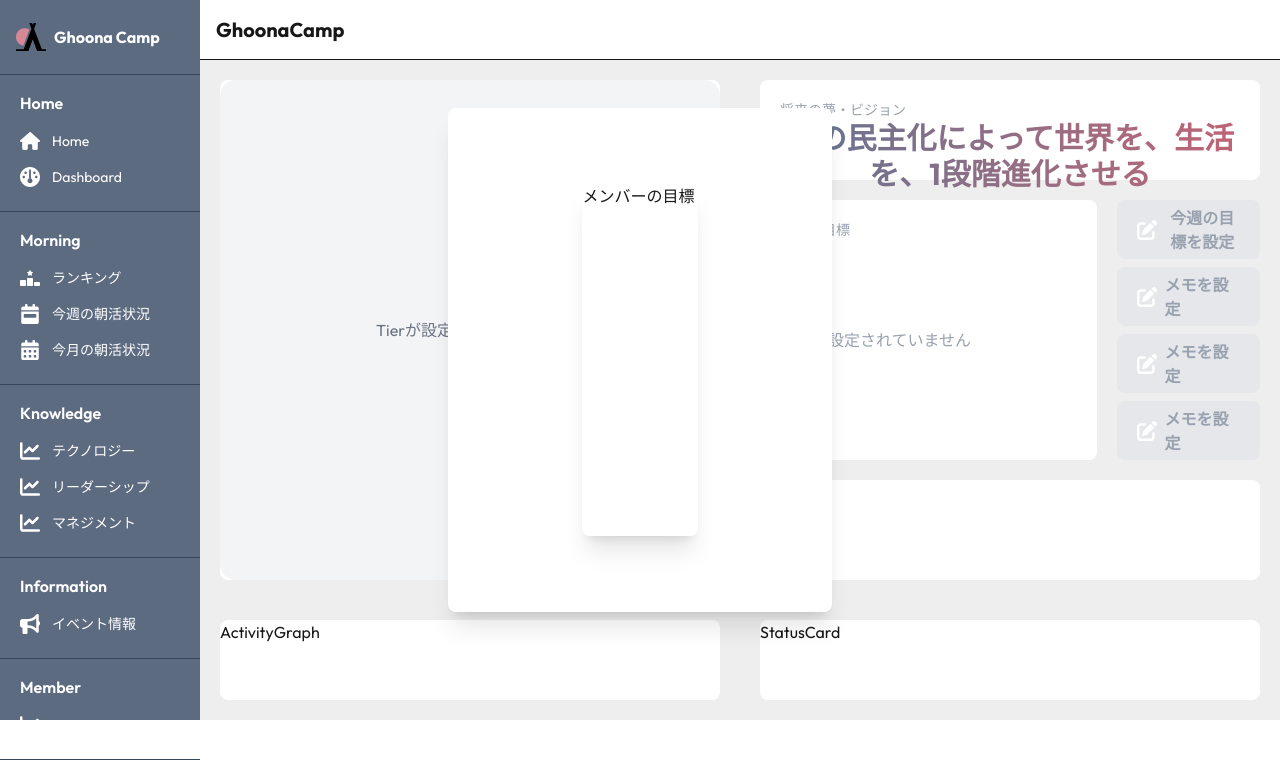
Repository: ShotaGhoona/ghoonacamp_platform
Page: /home/dashboard
An editor plug-in stored every save of this project. The page is shown before and after the next save, followed by the edit.
The browser window is 1280 px wide. The pictures show the whole page.
The page's requests for data from a server got no answer. The project was rebuilt for these pictures with package versions that can differ from the ones it lists, and the page was loaded fresh each time. Some packages were replaced by stand-ins written for this rebuild. The framework's server and built-in components were replaced by stand-ins that run in the browser. No one was signed in, and anything a server would have sent is missing. Also part of the build but not shown: next.config.js.

Above is the page before, as saved 2025-04-26 09:09:18.

### src/app/layout.tsx
import type { Metadata } from 'next';
import { Outfit } from 'next/font/google';
import './globals.css';
import Sidebar from '@/components/display/sidebar';
import Header from '@/components/display/header';
import { ClerkProvider } from '@clerk/nextjs';

const outfit = Outfit({ subsets: ['latin'] });

export const metadata: Metadata = {
  title: 'Ghoona Camp',
  description: 'Ghoona Camp Platform',
};

export default function RootLayout({
  children,
}: {
  children: React.ReactNode;
}) {
  return (
    <ClerkProvider>
      <html lang="ja">
        <body className={outfit.className}>
          <div className="flex">
            <div className="w-[200px] transition-all duration-300">
              <Sidebar />
            </div>
            <div className="flex-1 flex flex-col max-h-screen">
              <Header />
              <main className="bg-[#EEEEEE] flex-1 min-h-[calc(100vh-60px)] p-5">
                {children}
              </main>
            </div>
          </div>
        </body>
      </html>
    </ClerkProvider>
  );
}

### src/app/home/dashboard/page.tsx
import DashboardPage from "@/features/home/dashboard/display/index";

export default function Home() {
  return (
    <DashboardPage />
  );
}

### src/components/display/sidebar.tsx
'use client';

import Link from 'next/link';
import { usePathname } from 'next/navigation';
import clsx from 'clsx';

const groups: { title: string; links: { href: string; label: string; icon: string }[] }[] = [
  {
    title: 'Home',
    links: [
      { href: '/home', label: 'Home', icon: '/svg/sidebarIcon/home.svg' },
      { href: '/home/dashboard', label: 'Dashboard', icon: '/svg/sidebarIcon/dashboard.svg' },
    ],
  },
  {
    title: 'Morning',
    links: [
      { href: '/morning/ranking', label: 'ランキング', icon: '/svg/sidebarIcon/ranking.svg' },
      { href: '/morning/weekend', label: '今週の朝活状況', icon: '/svg/sidebarIcon/week.svg' },
      { href: '/morning/month', label: '今月の朝活状況', icon: '/svg/sidebarIcon/month.svg' },
    ],
  },
  {
    title: 'Knowledge',
    links: [
      { href: '/knowledge/tech', label: 'テクノロジー', icon: '/svg/sidebarIcon/analysis.svg' },
      { href: '/knowledge/leadership', label: 'リーダーシップ', icon: '/svg/sidebarIcon/analysis.svg' },
      { href: '/knowledge/management', label: 'マネジメント', icon: '/svg/sidebarIcon/analysis.svg' },
    ],
  },
  {
    title: 'Information',
    links: [{ href: '/information/events', label: 'イベント情報', icon: '/svg/sidebarIcon/externalEvents.svg' }],
  },
  {
    title: 'Member',
    links: [{ href: '/members', label: 'GhoonaCamper', icon: '/svg/sidebarIcon/analysis.svg' }],
  },
];

export default function Sidebar() {
  const pathname = usePathname();

  return (
    <aside className="w-full h-screen bg-[#5D6B80] text-white">
      <div className="flex items-center gap-2 h-[75px] px-4 border-b border-[#374559]">
        <img src="/svg/logo.svg" alt="Ghoona Camp" className="w-[30px] h-[30px]" />
        <span className="font-bold">Ghoona Camp</span>
      </div>

      <nav>
        {groups.map((g) => (
          <div key={g.title} className="border-b border-[#374559] px-[20px] py-4">
            <p className="text-base font-semibold mb-2">
              {g.title}
            </p>
            {g.links.map((l) => (
              <Link
                key={l.href}
                href={l.href}
                className={clsx(
                  'flex items-center gap-3 py-2 text-sm',
                  pathname === l.href
                    ? 'bg-primary text-white'
                    : 'hover:bg-slate-600'
                )}
              >
                <img src={l.icon} alt={l.label} className="w-[20px] h-[20px]" />
                <span>{l.label}</span>
              </Link>
            ))}
          </div>
        ))}
      </nav>
    </aside>
  );
}

### src/components/display/header.tsx
'use client';

import { UserButton, useUser } from '@clerk/nextjs';

export default function Header() {
  const { user, isLoaded } = useUser();

  return (
    <header className="w-full h-16 border-b flex items-center justify-between px-4">
      <div className="flex items-center gap-4">
        <h1 className="text-xl font-bold">GhoonaCamp</h1>
      </div>
      <div className="flex items-center gap-4">
        {isLoaded && user && (
          <div className="flex items-center gap-2">
            <span className="text-sm">
              {user.firstName} {user.lastName}
            </span>
            <UserButton afterSignOutUrl="/" />
          </div>
        )}
      </div>
    </header>
  );
}

### src/features/home/dashboard/display/index.tsx
'use client';

import { ProfileSection } from './ProfileSection';
import { ActivityGraph } from './ActivityGraph';
import { StatusCard } from './StatusCard';
import { TierCard } from './TierCard';

export default function DashboardPage() {
  return (
    <div className="flex flex-col gap-10 h-full">
      <div className="flex h-[500px] gap-10">
        <div className="w-[500px] h-full bg-white rounded-lg">
          <TierCard />
        </div>
        <div className="flex-1 h-full">
          <ProfileSection />
        </div>
      </div>
      <div className="flex-1 flex gap-10">
        <div className="flex-1 h-full bg-white rounded-lg">
          <ActivityGraph />
        </div>
        <div className="flex-1 h-full bg-white rounded-lg">
          <StatusCard/>
        </div>
      </div>
    </div>
  );
}

### src/features/home/dashboard/display/ProfileSection.tsx
import { useWeeklyGoals } from '../hooks/useWeeklyGoals';
import { usePopUp } from '@/hooks/usePopUp';
import { PopUp } from '@/components/display/PopUp';
import { EditGoalModal } from '../modals/EditGoalModal';

export const ProfileSection = () => {
  const { goals, isLoading, error } = useWeeklyGoals();
  const { isOpen, openPopUp, closePopUp } = usePopUp();

  console.log('Component - レンダリング時の状態:', {
    goalsLength: goals.length,
    isLoading,
    hasError: !!error
  });

  return (
    <>
      <div className="w-full h-full flex flex-col items-center justify-center gap-5">
          <div className="w-full h-[20%] bg-white rounded-lg p-5 flex flex-col">
              <p className="text-sm text-gray-400">将来の夢・ビジョン</p>
              <p className="
              flex-1 text-3xl font-bold text-center flex items-center justify-center
              text-transparent bg-clip-text bg-gradient-to-r from-[#5F7392] to-[#BF6375]
              ">AIの民主化によって世界を、生活を、1段階進化させる</p>
          </div>
          <div className="w-full flex-1 gap-5 flex">
              <div className="w-[70%] h-full bg-white rounded-lg p-5 flex flex-col">
                  <p className="text-sm text-gray-400">今週の目標</p>
                  <div className="flex-1 flex flex-col justify-center gap-2">
                      {isLoading ? (
                          <p className="text-gray-400">読み込み中...</p>
                      ) : error ? (
                          <p className="text-red-500">エラーが発生しました</p>
                      ) : goals.length === 0 ? (
                          <p className="text-gray-400">目標が設定されていません</p>
                      ) : (
                          goals.map((goal) => (
                              <p key={goal.id} className="text-gray-700">{goal.content}</p>
                          ))
                      )}
                  </div>
              </div>
              <div className="w-[30%] h-full gap-2 flex flex-col">
                  <button
                      onClick={() => openPopUp()}
                      className="flex-1 bg-gray-200 rounded-lg w-full flex items-center gap-2 px-5 hover:bg-gray-300 transition-colors"
                  >
                      <img src="/svg/edit.svg" alt="" className="w-5 h-5"/>
                      <p className="text-gray-400 font-bold">今週の目標を設定</p>
                  </button>
                  <div className="flex-1 bg-gray-200 rounded-lg w-full flex items-center gap-2 px-5">
                      <img src="/svg/edit.svg" alt="" className="w-5 h-5"/>
                      <p className="text-gray-400 font-bold">メモを設定</p>
                  </div>
                  <div className="flex-1 bg-gray-200 rounded-lg w-full flex items-center gap-2 px-5">
                      <img src="/svg/edit.svg" alt="" className="w-5 h-5"/>
                      <p className="text-gray-400 font-bold">メモを設定</p>
                  </div>
                  <div className="flex-1 bg-gray-200 rounded-lg w-full flex items-center gap-2 px-5">
                      <img src="/svg/edit.svg" alt="" className="w-5 h-5"/>
                      <p className="text-gray-400 font-bold">メモを設定</p>
                  </div>
              </div>
          </div>
          <div className="w-full h-[20%] bg-white rounded-lg p-5">
              <p className="text-sm text-gray-400">メモ</p>
          </div>
      </div>

      {/* 目標設定ポップアップ */}
      <PopUp isOpen={isOpen} onClose={closePopUp}>
        <EditGoalModal onClose={closePopUp} />
      </PopUp>
    </>
  );
};

### src/features/home/dashboard/display/ActivityGraph.tsx
export const ActivityGraph = () => {
    return <div>ActivityGraph</div>;
  };

### src/features/home/dashboard/display/StatusCard.tsx
export const StatusCard = () => {
    return <div>StatusCard</div>;
  };

### src/features/home/dashboard/display/TierCard.tsx
'use client';

import { useUserTier } from '../hooks/useUserTier';

export const TierCard = () => {
  const { tier, isLoading, error } = useUserTier();

  if (isLoading) {
    return (
      <div className="w-full h-full flex items-center justify-center bg-gray-100 rounded-2xl">
        <div className="text-gray-500">読み込み中...</div>
      </div>
    );
  }

  if (error) {
    return (
      <div className="w-full h-full flex items-center justify-center bg-gray-100 rounded-2xl">
        <div className="text-red-500">エラーが発生しました</div>
      </div>
    );
  }

  if (!tier) {
    return (
      <div className="w-full h-full flex items-center justify-center bg-gray-100 rounded-2xl">
        <div className="text-gray-500">Tierが設定されていません</div>
      </div>
    );
  }

  return (
    <div
      className="w-full h-full flex flex-col items-center justify-center relative rounded-lg overflow-hidden"
      style={{ backgroundColor: tier.badgeColor }}
    >
      <img
        src={`${tier.cardImageUrl}.svg`}
        alt={tier.titleEn}
        className="w-[80%] h-[80%] object-contain"
      />
      <div className="absolute bottom-0 p-6 text-white flex flex-col items-center justify-center mb-10">
        <div className="text-2xl font-bold">{tier.titleJa}</div>
        <div className="text-5xl font-bold">{tier.titleEn}</div>
      </div>
    </div>
  );
};

### src/features/home/dashboard/hooks/useWeeklyGoals.ts
'use client';

import { useEffect, useState } from 'react';
import { useAuth } from '@clerk/nextjs';

type WeeklyGoal = {
  id: number;
  content: string;
  isPublic: boolean;
  isPast: boolean;
  reflection: string | null;
  weekStart: string;
};

export const useWeeklyGoals = () => {
  const { userId } = useAuth();
  const [goals, setGoals] = useState<WeeklyGoal[]>([]);
  const [isLoading, setIsLoading] = useState(true);
  const [error, setError] = useState<Error | null>(null);

  useEffect(() => {
    console.log('Hook - useEffect発火, userId:', userId);

    const fetchWeeklyGoals = async () => {
      if (!userId) {
        console.log('Hook - userIdが存在しないため、処理を中断');
        setIsLoading(false);
        return;
      }

      try {
        console.log('Hook - APIリクエスト開始');
        const response = await fetch('/api/user/weekly-goals');
        console.log('Hook - APIレスポンス:', response.status, response.statusText);

        if (!response.ok) {
          throw new Error('週間目標の取得に失敗しました');
        }
        const data = await response.json();
        console.log('Hook - 取得したデータ:', data);
        setGoals(data);
      } catch (err) {
        console.error('Hook - エラー発生:', err);
        setError(err instanceof Error ? err : new Error('Unknown error'));
      } finally {
        setIsLoading(false);
      }
    };

    fetchWeeklyGoals();
  }, [userId]);

  return { goals, isLoading, error };
};

### src/hooks/usePopUp.ts
import { useState } from 'react';

type UsePopUpReturn = {
  isOpen: boolean;
  selectedData: any | null;
  openPopUp: (data?: any) => void;
  closePopUp: () => void;
};

export const usePopUp = (): UsePopUpReturn => {
  const [isOpen, setIsOpen] = useState(false);
  const [selectedData, setSelectedData] = useState<any | null>(null);

  const openPopUp = (data: any = null) => {
    setSelectedData(data);
    setIsOpen(true);
  };

  const closePopUp = () => {
    setIsOpen(false);
    setSelectedData(null);
  };

  return {
    isOpen,
    selectedData,
    openPopUp,
    closePopUp,
  };
};

### src/components/display/PopUp.tsx
import { ReactNode } from 'react';
import { XMarkIcon } from '@heroicons/react/24/outline';

type PopUpProps = {
  isOpen: boolean;
  onClose: () => void;
  children: ReactNode;
};

export const PopUp = ({ isOpen, onClose, children }: PopUpProps) => {
  return (
    <>
      {/* オーバーレイ */}
      <div
        className={`fixed inset-0 bg-black/30 transition-opacity duration-300 ${
          isOpen ? 'opacity-100' : 'opacity-0 pointer-events-none'
        }`}
        onClick={onClose}
      />
      <div className="flex justify-center items-center fixed top-1/2 left-1/2 transform -translate-x-1/2 -translate-y-1/2
      w-[30%] h-[70%] bg-white rounded-lg shadow-xl transition-all duration-300">

        <div
            className={`fixed
            w-[30%] h-[70%] bg-white rounded-lg shadow-xl transition-all duration-300
            }`}
        >
            <div>
                <p>メンバーの目標</p>
            </div>
        </div>

        {/* ポップアップパネル */}
        <div
            className={`top-1/2 left-1/2 transform -translate-x-1/2 -translate-y-1/2
            w-[50%] h-[70%] bg-white rounded-lg shadow-xl transition-all duration-300 ${
            isOpen ? 'scale-100 opacity-100' : 'scale-95 opacity-0 pointer-events-none'
            }`}
        >
            <div className="flex flex-col h-[100%]">
            {/* ヘッダー */}
            <div className="flex justify-end p-4">
                <button
                onClick={onClose}
                className="text-gray-400 hover:text-gray-600 transition-colors"
                >
                <XMarkIcon className="h-5 w-5" />
                </button>
            </div>

            {/* コンテンツエリア */}
            <div className="flex-1 px-6 pb-6">
                {children}
            </div>
            </div>
        </div>
      </div>
    </>
  );
};

### src/features/home/dashboard/modals/EditGoalModal.tsx
'use client';

import { useState, useEffect } from 'react';
import { useSaveWeeklyGoal, WeeklyGoalInput } from '../hooks/useSaveWeeklyGoal';
import { useWeeklyGoals } from '../hooks/useWeeklyGoals';

type EditGoalModalProps = {
  onClose: () => void;
};

export const EditGoalModal = ({ onClose }: EditGoalModalProps) => {
  const { saveGoals, isLoading: isSaving, error: saveError } = useSaveWeeklyGoal();
  const { goals: currentGoals, isLoading: isLoadingGoals } = useWeeklyGoals();
  const [goals, setGoals] = useState<string[]>(['']);
  const [isPublic, setIsPublic] = useState(true);

  // 既存の目標をフォームに設定
  useEffect(() => {
    if (currentGoals && currentGoals.length > 0) {
      // 現在の目標をフォームに設定
      const contents = currentGoals.map(goal => goal.content);
      setGoals(contents);
      // 公開設定も既存の設定を使用
      setIsPublic(currentGoals[0]?.isPublic ?? true);
    }
  }, [currentGoals]);

  const handleSave = async () => {
    const input: WeeklyGoalInput = {
      goals: goals.filter(goal => goal.trim() !== ''),
      isPublic,
    };

    const success = await saveGoals(input);
    if (success) {
      onClose();
    }
  };

  const addGoal = () => {
    setGoals([...goals, '']);
  };

  const removeGoal = (index: number) => {
    setGoals(goals.filter((_, i) => i !== index));
  };

  const updateGoal = (index: number, value: string) => {
    const newGoals = [...goals];
    newGoals[index] = value;
    setGoals(newGoals);
  };

  if (isLoadingGoals) {
    return (
      <div className="flex items-center justify-center h-[400px]">
        <p className="text-gray-500">読み込み中...</p>
      </div>
    );
  }

  return (
    <div className="flex flex-col justify-between h-[100%]">
      <div className="">
        {/* タイトル */}
        <h2 className="text-2xl font-bold text-gray-800 mb-5">今週の目標を設定</h2>
        <div className="w-full border border-gray-300 rounded-lg p-5 flex flex-col mb-5">
            <p className="text-sm text-gray-400">将来の夢・ビジョン</p>
            <p className="
            flex-1 text-3xl font-bold text-center flex items-center justify-center
            text-transparent bg-clip-text bg-gradient-to-r from-[#5F7392] to-[#BF6375]
            ">AIの民主化によって世界を、生活を、1段階進化させる</p>
        </div>

        {/* エラーメッセージ */}
        {saveError && (
          <div className="mb-4 text-red-500 text-sm">
            {saveError.message}
          </div>
        )}

        {/* フォーム */}
        <div className="space-y-4">
            {goals.map((goal, index) => (
              <div key={index} className="flex gap-2">
                <input
                  type="text"
                  className="flex-1 px-3 py-2 bg-gray-100 rounded-lg focus:outline-none focus:ring-2 focus:ring-gray-300 focus:border-gray-300"
                  placeholder={index === 0 ? "目標を入力（必須）" : "目標を入力（任意）"}
                  value={goal}
                  onChange={(e) => updateGoal(index, e.target.value)}
                />
                {goals.length > 1 && (
                  <button
                    onClick={() => removeGoal(index)}
                    className="px-2 py-2 text-gray-500 hover:text-red-500 transition-colors"
                  >
                    ×
                  </button>
                )}
              </div>
            ))}

            {/* 目標追加ボタン */}
            <button
              onClick={addGoal}
              className="w-full px-3 py-2 text-sm text-gray-500 border border-dashed border-gray-300 rounded-lg hover:bg-gray-50 transition-colors"
            >
              + 目標を追加
            </button>

            {/* 公開設定 */}
            <div className="flex items-center gap-2 mt-4">
              <input
                type="checkbox"
                id="isPublic"
                className="h-4 w-4 text-blue-600 focus:ring-blue-500 border-gray-300 rounded"
                checked={isPublic}
                onChange={(e) => setIsPublic(e.target.checked)}
              />
              <label htmlFor="isPublic" className="text-sm text-gray-700">
                目標を他のメンバーに公開する
              </label>
            </div>
        </div>
      </div>
      <div className="flex justify-between gap-3 pt-4">
        <div className="flex gap-3">
            <button
                onClick={() => openPopUp('left')}
                className="px-4 py-2 text-sm font-medium text-gray-700 bg-white border border-gray-300 rounded-md shadow-sm hover:bg-gray-50 focus:outline-none focus:ring-2 focus:ring-offset-2 focus:ring-blue-500"
            >
                メンバーの目標を覗く
            </button>
        </div>
        <div className="flex gap-3">
            <button
            onClick={onClose}
            disabled={isSaving}
            className="px-4 py-2 text-sm font-medium text-gray-700 bg-white border border-gray-300 rounded-md shadow-sm hover:bg-gray-50 focus:outline-none focus:ring-2 focus:ring-offset-2 focus:ring-blue-500"
            >
            キャンセル
            </button>
            <button
            onClick={handleSave}
            disabled={isSaving || !goals[0]?.trim()}
            className={`px-4 py-2 text-sm font-medium text-white border border-transparent rounded-md shadow-sm focus:outline-none focus:ring-2 focus:ring-offset-2 focus:ring-blue-500 ${
                isSaving || !goals[0]?.trim()
                ? 'bg-gray-400 cursor-not-allowed'
                : 'bg-[#5D6B80] hover:bg-[#4D5B70]'
                }`}
                >
            {isSaving ? '保存中...' : '保存する'}
            </button>
          </div>
      </div>
    </div>
  );
};

### src/features/home/dashboard/hooks/useUserTier.ts
'use client';

import { useAuth } from '@clerk/nextjs';
import { useState, useEffect } from 'react';

type UserTier = {
  id: number;
  level: number;
  titleJa: string;
  titleEn: string;
  cardImageUrl: string;
  badgeColor: string;
};

export const useUserTier = () => {
  const { userId } = useAuth();
  const [tier, setTier] = useState<UserTier | null>(null);
  const [isLoading, setIsLoading] = useState(true);
  const [error, setError] = useState<Error | null>(null);

  useEffect(() => {
    const fetchUserTier = async () => {
      if (!userId) {
        setIsLoading(false);
        return;
      }

      try {
        const response = await fetch(`/api/user/tier?userId=${userId}`);
        if (!response.ok) {
          throw new Error('Failed to fetch user tier');
        }
        const data = await response.json();
        setTier(data);
      } catch (err) {
        setError(err instanceof Error ? err : new Error('Unknown error'));
      } finally {
        setIsLoading(false);
      }
    };

    fetchUserTier();
  }, [userId]);

  return { tier, isLoading, error };
};

### src/features/home/dashboard/hooks/useSaveWeeklyGoal.ts
'use client';

import { useState } from 'react';
import { useAuth } from '@clerk/nextjs';
import { getWeekStartDate } from '@/utils/date';

export type WeeklyGoalInput = {
  goals: string[];
  isPublic: boolean;
};

type UseSaveWeeklyGoalReturn = {
  saveGoals: (input: WeeklyGoalInput) => Promise<boolean>;
  isLoading: boolean;
  error: Error | null;
};

export const useSaveWeeklyGoal = (): UseSaveWeeklyGoalReturn => {
  const { userId } = useAuth();
  const [isLoading, setIsLoading] = useState(false);
  const [error, setError] = useState<Error | null>(null);

  const saveGoals = async (input: WeeklyGoalInput): Promise<boolean> => {
    if (!userId) {
      setError(new Error('ユーザーが認証されていません'));
      return false;
    }

    setIsLoading(true);
    setError(null);

    try {
      const weekStart = getWeekStartDate();

      const response = await fetch('/api/user/weekly-goals', {
        method: 'POST',
        headers: {
          'Content-Type': 'application/json',
        },
        body: JSON.stringify({
          goals: input.goals.filter(goal => goal.trim() !== ''),
          isPublic: input.isPublic,
          weekStart: weekStart.toISOString(),
        }),
      });

      if (!response.ok) {
        const errorData = await response.json();
        throw new Error(errorData.error || '目標の保存に失敗しました');
      }

      return true;
    } catch (err) {
      setError(err instanceof Error ? err : new Error('Unknown error'));
      return false;
    } finally {
      setIsLoading(false);
    }
  };

  return {
    saveGoals,
    isLoading,
    error,
  };
};

### src/utils/date.ts
/**
 * 指定された日付の週の月曜日の0時0分0秒を取得します
 * @param date - 基準となる日付（デフォルトは現在の日付）
 * @returns 週の月曜日の0時0分0秒
 */
export const getWeekStartDate = (date: Date = new Date()): Date => {
  const monday = new Date(date);
  monday.setDate(date.getDate() - date.getDay() + 1);
  monday.setHours(0, 0, 0, 0);
  return monday;
};

Loaded but not shown: src/app/globals.css (common file)

After the next save:
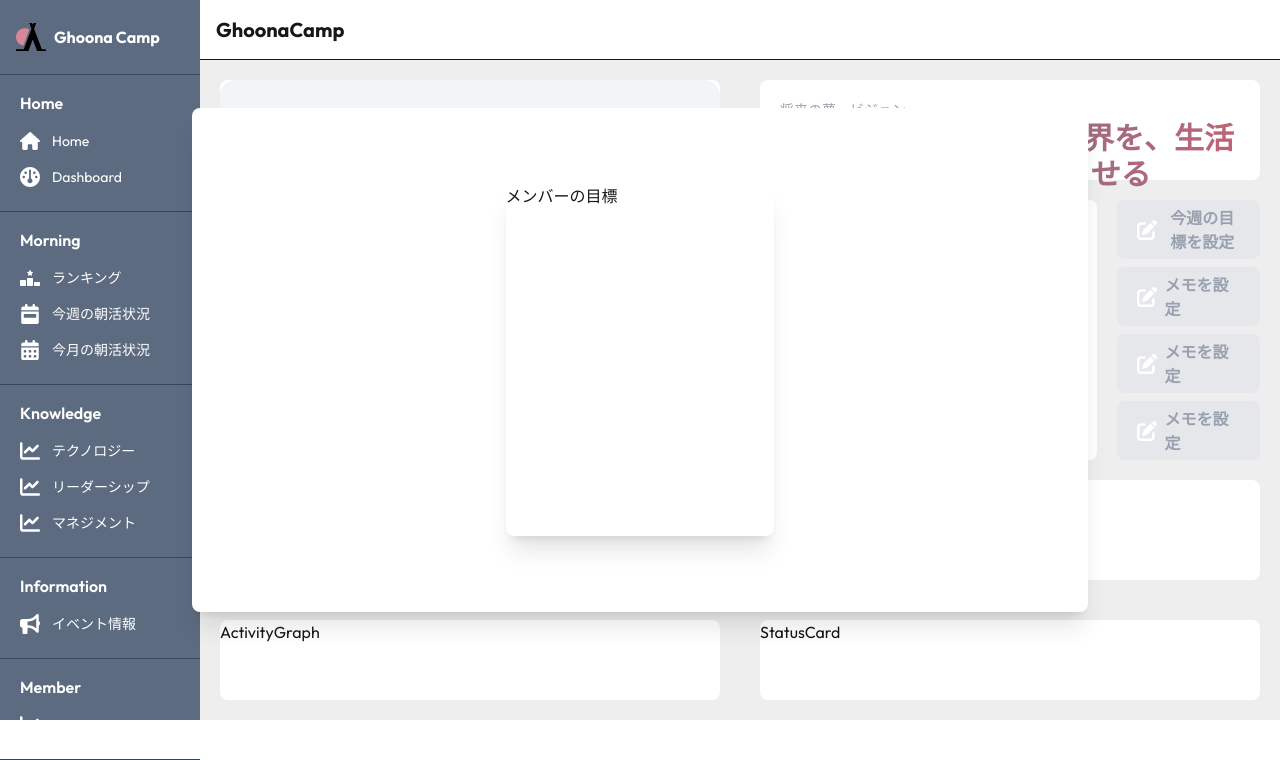
Saved 10 s later.
--- a/src/components/display/PopUp.tsx
+++ b/src/components/display/PopUp.tsx
@@ -18,7 +18,7 @@ export const PopUp = ({ isOpen, onClose, children }: PopUpProps) => {
         onClick={onClose}
       />
       <div className="flex justify-center items-center fixed top-1/2 left-1/2 transform -translate-x-1/2 -translate-y-1/2
-      w-[30%] h-[70%] bg-white rounded-lg shadow-xl transition-all duration-300">
+      w-[70%] h-[70%] bg-white rounded-lg shadow-xl transition-all duration-300">
 
         <div
             className={`fixed
